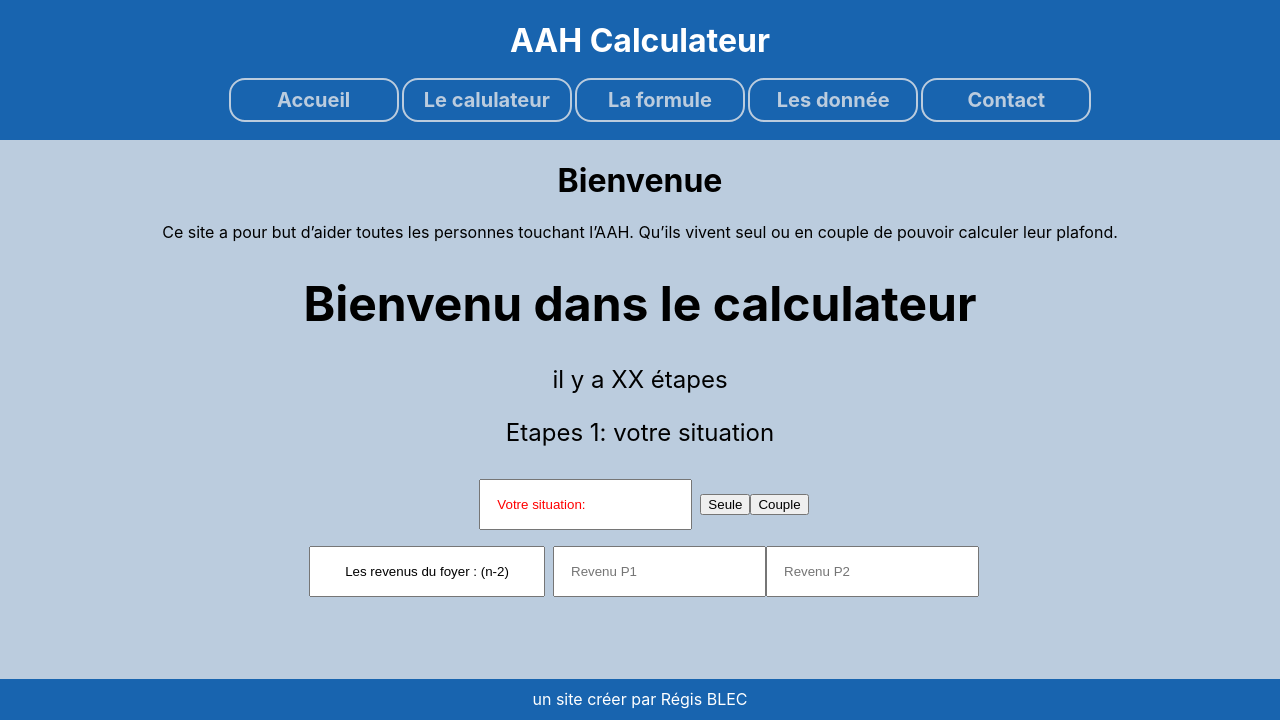
Repository: Cide74/calculateur-aah
Page: /
These files come from the project's save history. The page is drawn as it stood at one moment and after the next save; the edit follows.
The browser window is 1280 px wide. The pictures show the whole page.
The project was rebuilt for these pictures with package versions that can differ from the ones it lists, and the page was loaded fresh each time.

Above is the page before, as saved 2021-04-05 18:26:51.

After the next save:
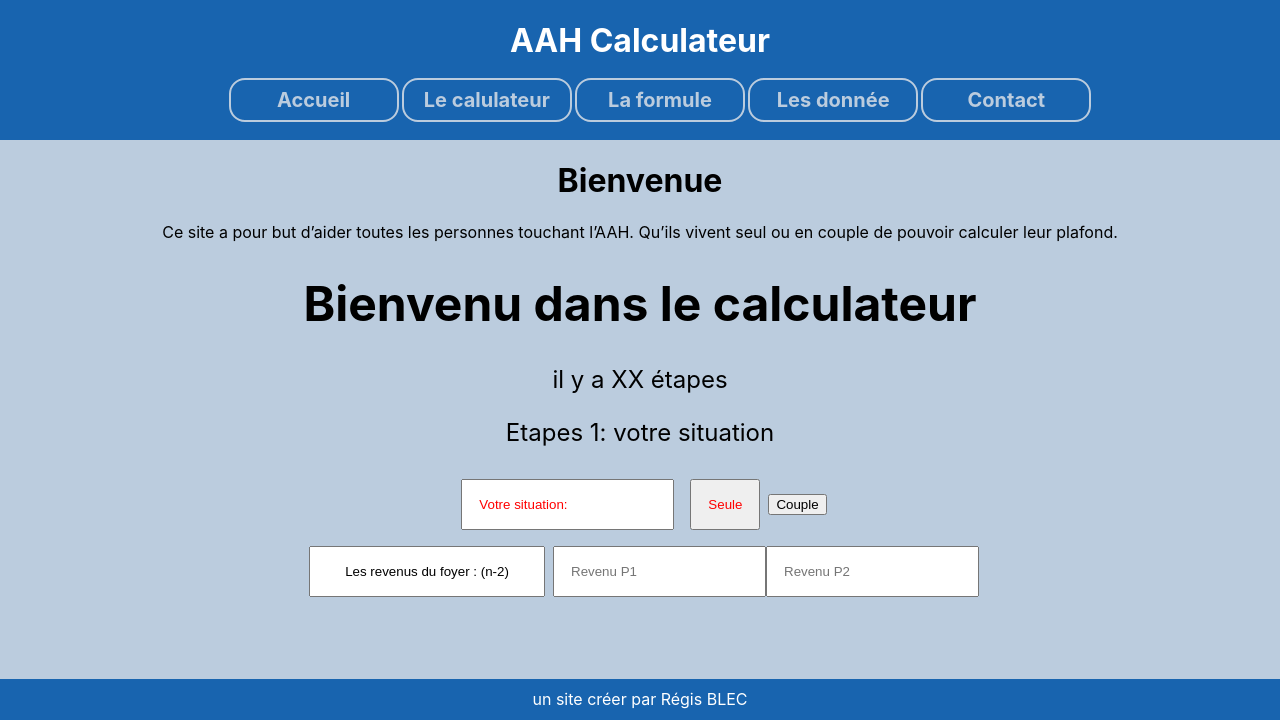
Saved 11 s later.
--- a/src/components/Calculator/Calculator.scss
+++ b/src/components/Calculator/Calculator.scss
@@ -9,7 +9,7 @@
             margin: 0.5rem;
             padding: 1rem;
         }
-        &-situation-seul {
+        &-situation-seule {
             color:red;
             margin: 0.5rem;
             padding: 1rem;
